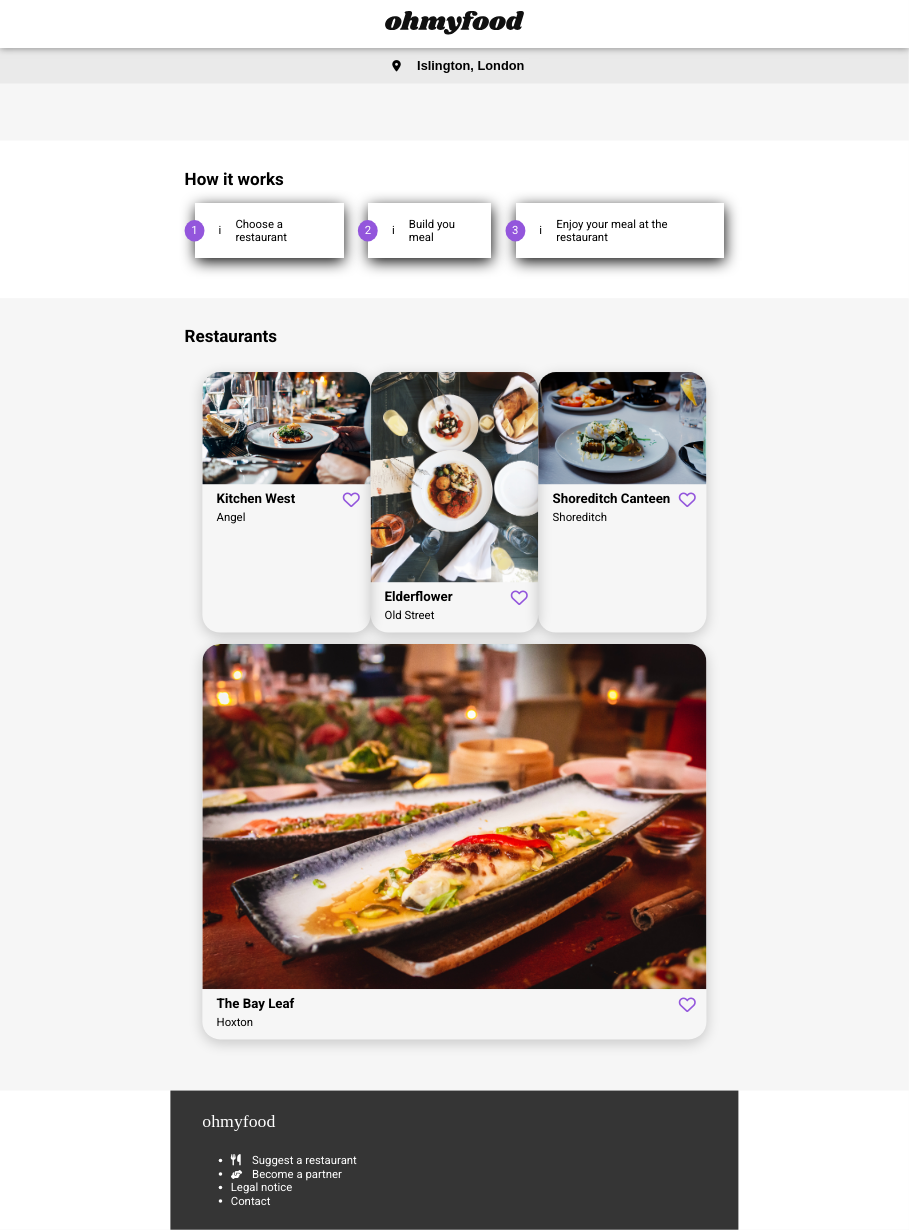
Repository: R1ptou/Project-3
Page: index.html
The author's editor kept a copy of each file at every save. The page is drawn from the files as they stood at one save, then again after the next save.
The browser window is 1280 px wide. The pictures show the whole page, at 71% of full size.
Some web fonts or font styles are not loaded; a fallback is used. The style sheet was rebuilt from its Sass, Less or Tailwind sources for each picture, by a compiler version that may differ from the author's.

Above is the page before, as saved 2024-03-26 21:35:08.

After the next save:
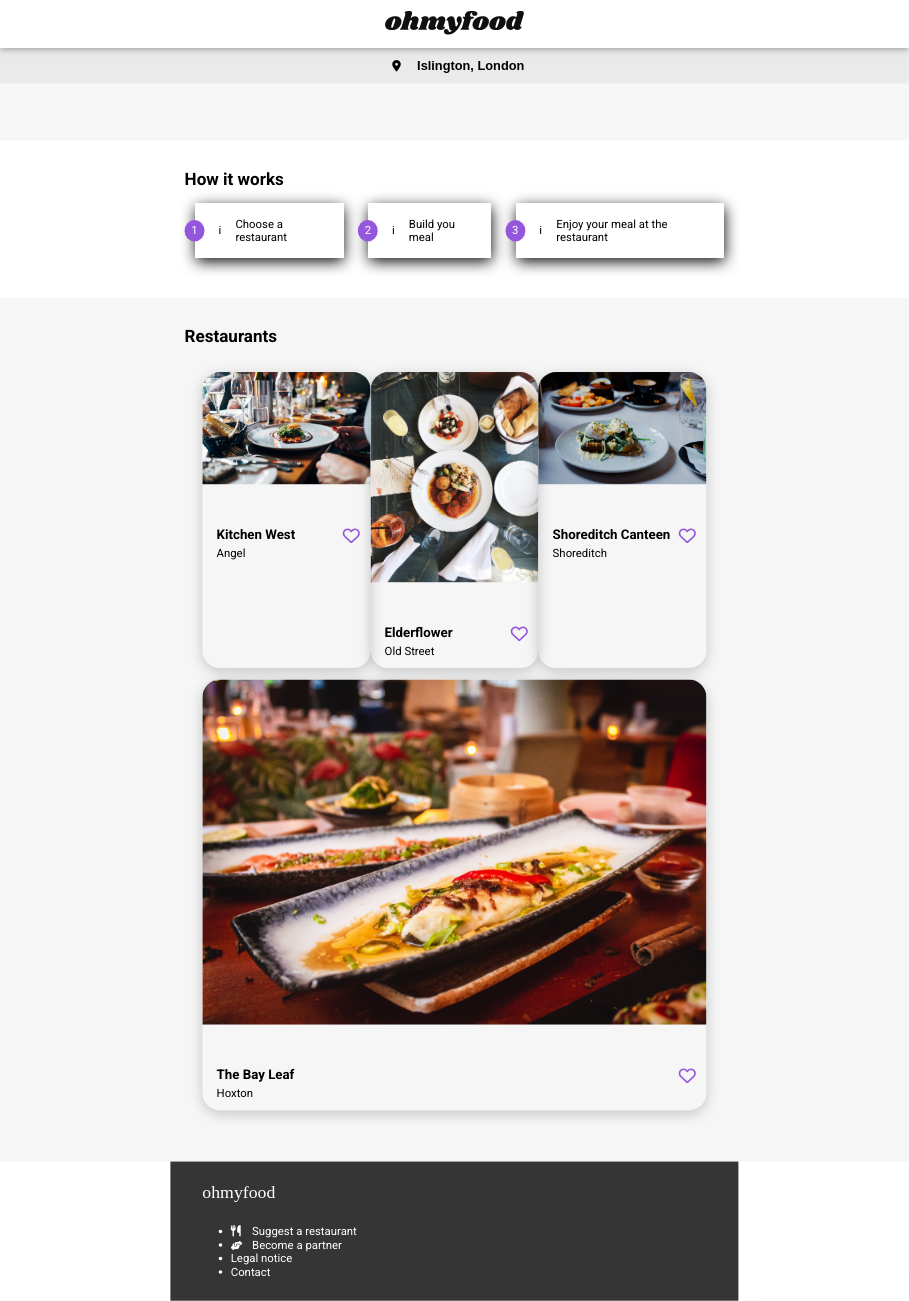
Saved 41 s later.
--- a/scss/_card.scss
+++ b/scss/_card.scss
@@ -14,6 +14,7 @@
 .card {
     margin-bottom: 1rem;
     display: flex;
+    gap: 50px;
     flex-direction: column;
     background-color: var(#F6F6F6);
     box-shadow: 0 5px 20px rgba(0,0,0,0.2);
